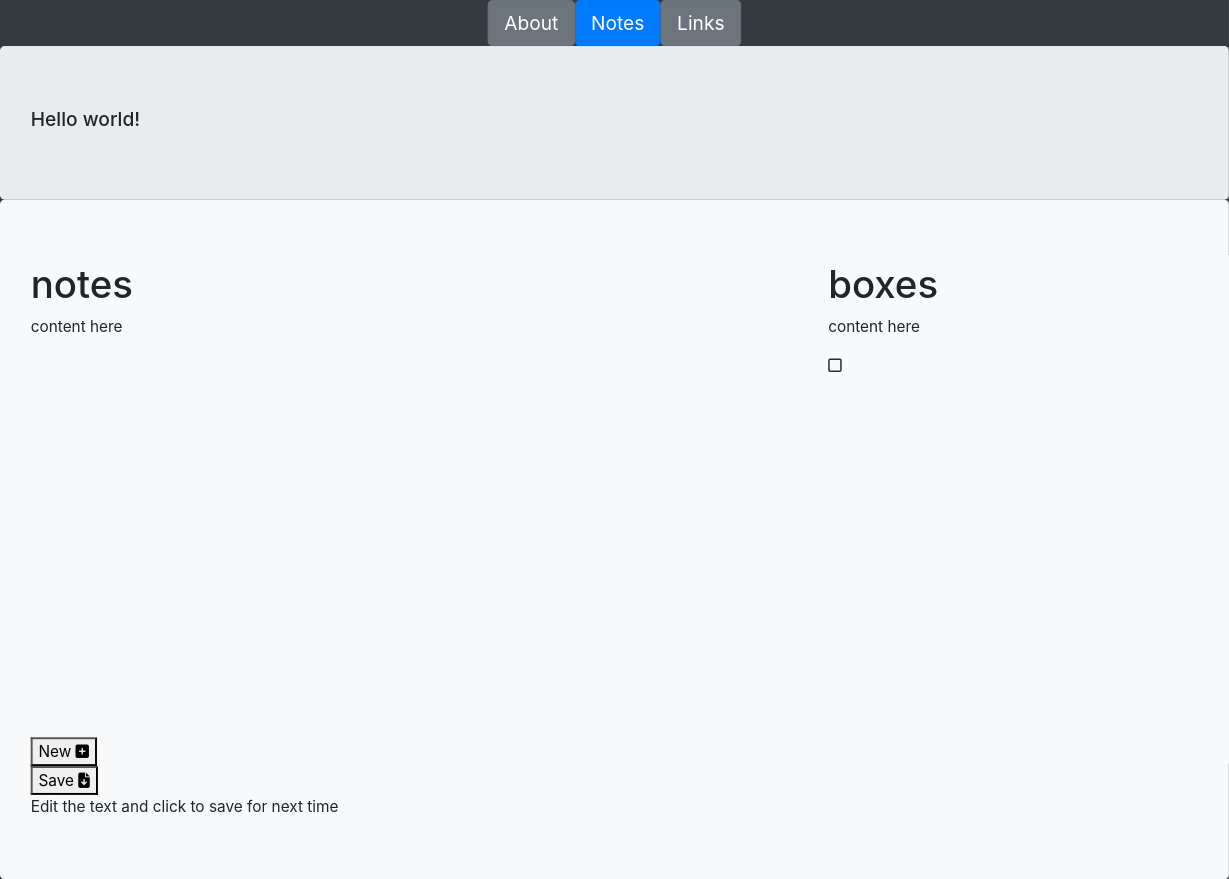
Repository: Kamicoda/Noteblock
Page: index.html
The author's editor kept a record of every edit. The page is drawn from the files as they stood at one moment, then again after the next edit.
The browser window is 1280 px wide. The pictures show the whole page, at 96% of full size.
Some web libraries are served in a nearby version.

Above is the page before.
Console error: ReferenceError: checkEdits is not defined

After the next edit:
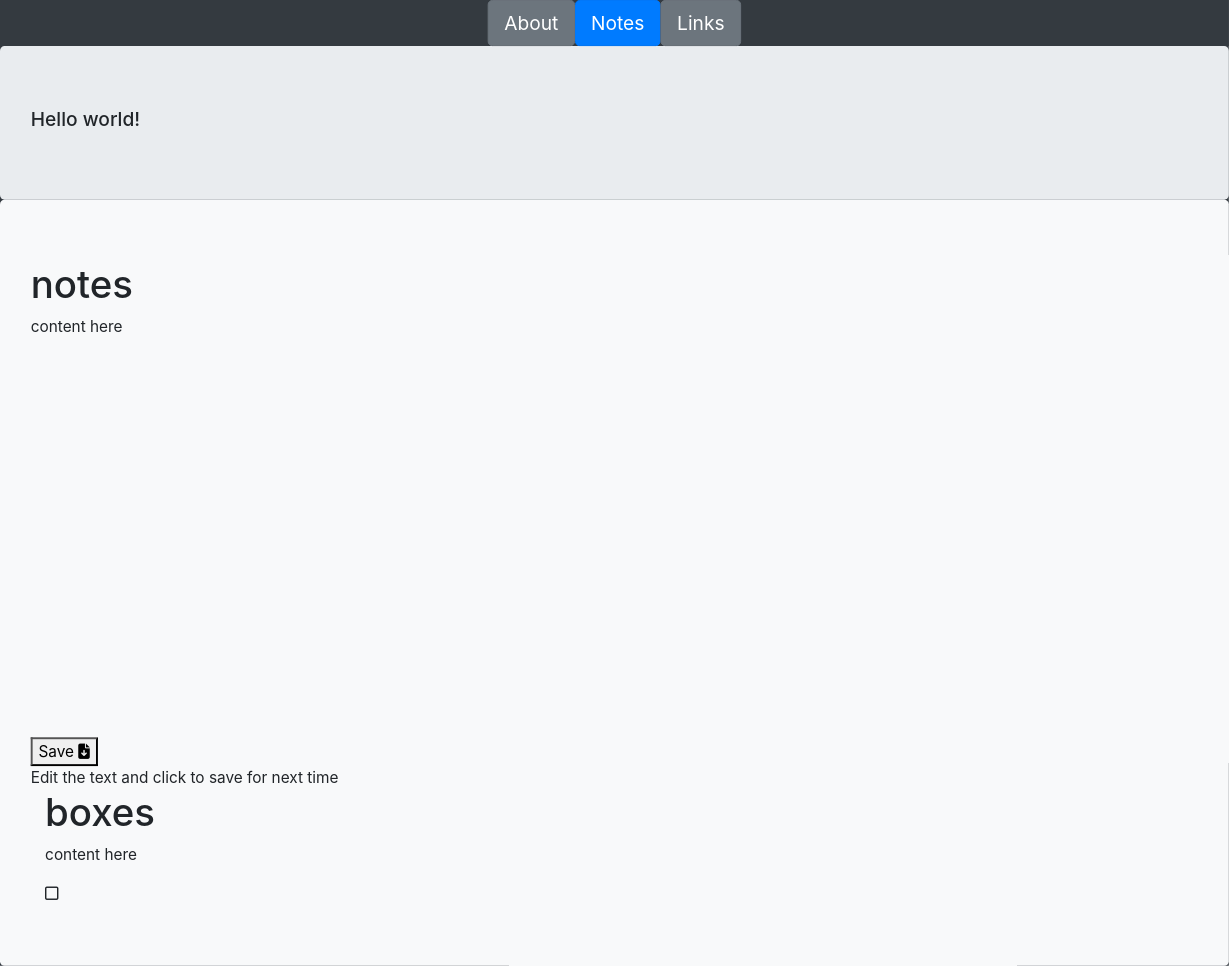
The edit:
--- a/index.html
+++ b/index.html
@@ -90,9 +90,6 @@
                             <p id="edit9" contenteditable="true" class="editableP"></p>
 
                             <div>
-                                <button type="button " id="new" class="newButton">New
-                        <i class="fas fa-plus-square"></i>
-                        </div>
                         <div >
                             <button type="button " onclick="save()" class="saveButton">Save
                         <i class="fas fa-file-download"></i></button>
